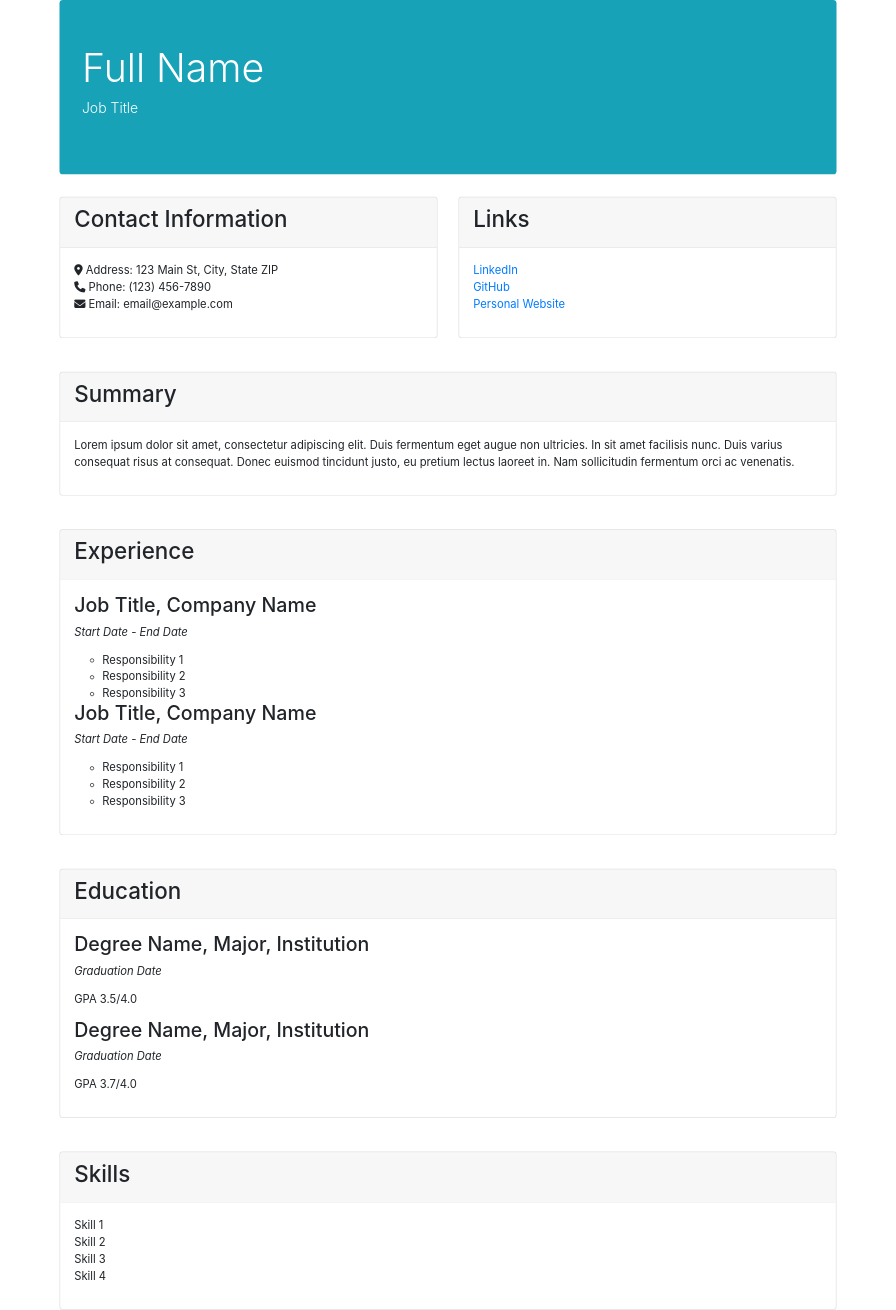
Repository: Git-it-right/Centrality
Page: cv.html
The author's editor kept a copy of each file at every save. The page is drawn from the files as they stood at one save, then again after the next save.
The browser window is 1280 px wide. The pictures show the whole page, at 70% of full size.
Some web libraries are served in a nearby version.

Above is the page before, as saved 2023-04-17 11:34:36.

### cv.html
<!DOCTYPE html>
<html>

<head>
    <title>Resume/CV</title>
    <!-- Adding Bootstrap CSS -->
    <link rel="stylesheet" href="https://maxcdn.bootstrapcdn.com/bootstrap/4.0.0/css/bootstrap.min.css"
        integrity="sha384-Gn5384xqQ1aoWXA+058RXPxPg6fy4IWvTNh0E263XmFcJlSAwiGgFAW/dAiS6JXm" crossorigin="anonymous">
</head>

<body>
    <div class="container">
        <div class="jumbotron bg-info text-white">
            <h1 class="display-4">Full Name</h1>
            <p class="lead">Job Title</p>
        </div>
        <div class="row">
            <div class="col-md-6">
                <div class="card">
                    <div class="card-header">
                        <h2>Contact Information</h2>
                    </div>
                    <div class="card-body">
                        <ul class="list-unstyled">
                            <li><i class="fa fa-map-marker"></i> Address: 123 Main St, City, State ZIP</li>
                            <li><i class="fa fa-phone"></i> Phone: (123) 456-7890</li>
                            <li><i class="fa fa-envelope"></i> Email: email@example.com</li>
                        </ul>
                    </div>
                </div>
            </div>
            <div class="col-md-6">
                <div class="card">
                    <div class="card-header">
                        <h2>Links</h2>
                    </div>
                    <div class="card-body">
                        <ul class="list-unstyled">
                            <li><a href="#">LinkedIn</a></li>
                            <li><a href="#">GitHub</a></li>
                            <li><a href="#">Personal Website</a></li>
                        </ul>
                    </div>
                </div>
            </div>
        </div>
        <div class="row mt-5">
            <div class="col-md-12">
                <div class="card">
                    <div class="card-header">
                        <h2>Summary</h2>
                    </div>
                    <div class="card-body">
                        <p>Lorem ipsum dolor sit amet, consectetur adipiscing elit. Duis fermentum eget augue non
                            ultricies. In sit amet facilisis nunc. Duis varius consequat risus at consequat. Donec
                            euismod tincidunt justo, eu pretium lectus laoreet in. Nam sollicitudin fermentum orci ac
                            venenatis.</p>
                    </div>
                </div>
            </div>
        </div>
        <div class="row mt-5">
            <div class="col-md-12">
                <div class="card">
                    <div class="card-header">
                        <h2>Experience</h2>
                    </div>
                    <div class="card-body">
                        <ul class="list-unstyled">
                            <li>
                                <h3>Job Title, Company Name</h3>
                                <p><em>Start Date - End Date</em></p>
                                <ul>
                                    <li>Responsibility 1</li>
                                    <li>Responsibility 2</li>
                                    <li>Responsibility 3</li>
                                </ul>
                            </li>
                            <li>
                                <h3>Job Title, Company Name</h3>
                                <p><em>Start Date - End Date</em></p>
                                <ul>
                                    <li>Responsibility 1</li>
                                    <li>Responsibility 2</li>
                                    <li>Responsibility 3</li>
                                </ul>
                            </li>
                        </ul>
                    </div>
                </div>
            </div>
        </div>
        <div class="row mt-5">
            <div class="col-md-12">
                <div class="card">
                    <div class="card-header">
                        <h2>Education</h2>
                    </div>
                    <div class="card-body">
                        <ul class="list-unstyled">
                            <li>
                                <h3>Degree Name, Major, Institution</h3>
                                <p><em>Graduation Date</em></p>
                                <p>GPA 3.5/4.0</p>
                            </li>
                            <li>
                                <h3>Degree Name, Major, Institution</h3>
                                <p><em>Graduation Date</em></p>
                                <p>GPA 3.7/4.0</p>
                            </li>
                        </ul>
                    </div>
                </div>
            </div>
        </div>
        <div class="row mt-5">
            <div class="col-md-12">
                <div class="card">
                    <div class="card-header">
                        <h2>Skills</h2>
                    </div>
                    <div class="card-body">
                        <ul class="list-unstyled">
                            <li>Skill 1</li>
                            <li>Skill 2</li>
                            <li>Skill 3</li>
                            <li>Skill 4</li>
                        </ul>
                    </div>
                </div>
            </div>
        </div>
    </div>
    <!-- Adding Font Awesome -->
    <script src="https://kit.fontawesome.com/44d0057994.js" crossorigin="anonymous"></script>
    <!-- Adding Bootstrap JS -->
    <script src="https://code.jquery.com/jquery-3.2.1.slim.min.js"
        integrity="sha384-KJ3o2DKtIkvYIK3UENzmM7KCkRr/rE9/Qpg6aAZGJwFDMVNA/GpGFF93hXpG5KkN"
        crossorigin="anonymous"></script>
    <script src="https://cdnjs.cloudflare.com/ajax/libs/popper.js/1.12.9/umd/popper.min.js"
        integrity="sha384-ApNbgh9B+Y1QKtv3Rn7W3mgPxhU9K/ScQsAP7hUibX39j7fakFPskvXusvfa0b4Q"
        crossorigin="anonymous"></script>
    <script src="https://maxcdn.bootstrapcdn.com/bootstrap/4.0.0/js/bootstrap.min.js"
        integrity="sha384-JZR6Spejh4U02d8jOt6vLEHfe/JQGiRRSQQxSfFWpi1MquVdAyjUar5+76PVCmYl"
        crossorigin="anonymous"></script>

</body>

</html>

After the next save:
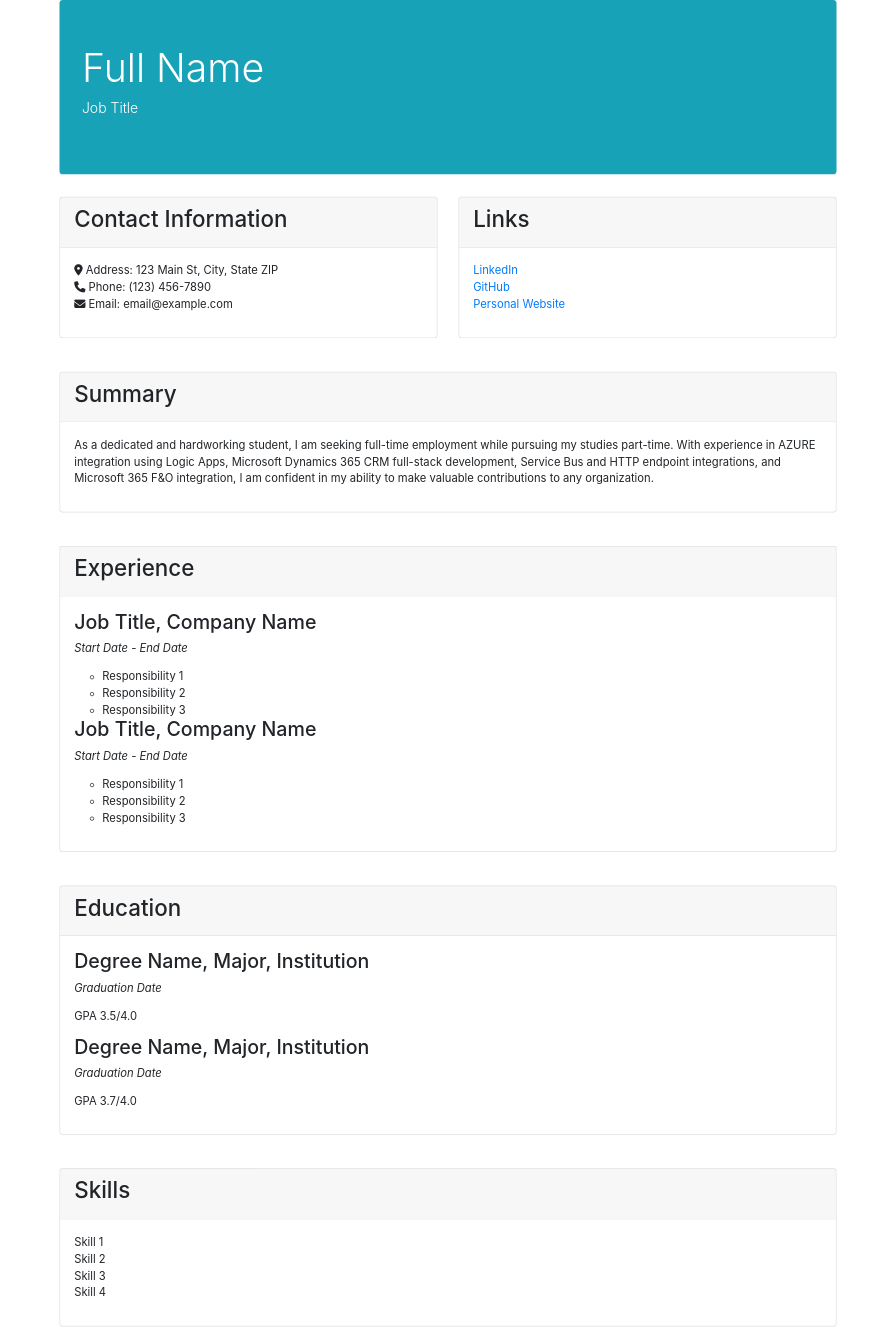
Saved 5 min 34 s later.
--- a/cv.html
+++ b/cv.html
@@ -51,10 +51,7 @@
                         <h2>Summary</h2>
                     </div>
                     <div class="card-body">
-                        <p>Lorem ipsum dolor sit amet, consectetur adipiscing elit. Duis fermentum eget augue non
-                            ultricies. In sit amet facilisis nunc. Duis varius consequat risus at consequat. Donec
-                            euismod tincidunt justo, eu pretium lectus laoreet in. Nam sollicitudin fermentum orci ac
-                            venenatis.</p>
+                        <p>As a dedicated and hardworking student, I am seeking full-time employment while pursuing my studies part-time. With experience in AZURE integration using Logic Apps, Microsoft Dynamics 365 CRM full-stack development, Service Bus and HTTP endpoint integrations, and Microsoft 365 F&O integration, I am confident in my ability to make valuable contributions to any organization.</p>
                     </div>
                 </div>
             </div>
